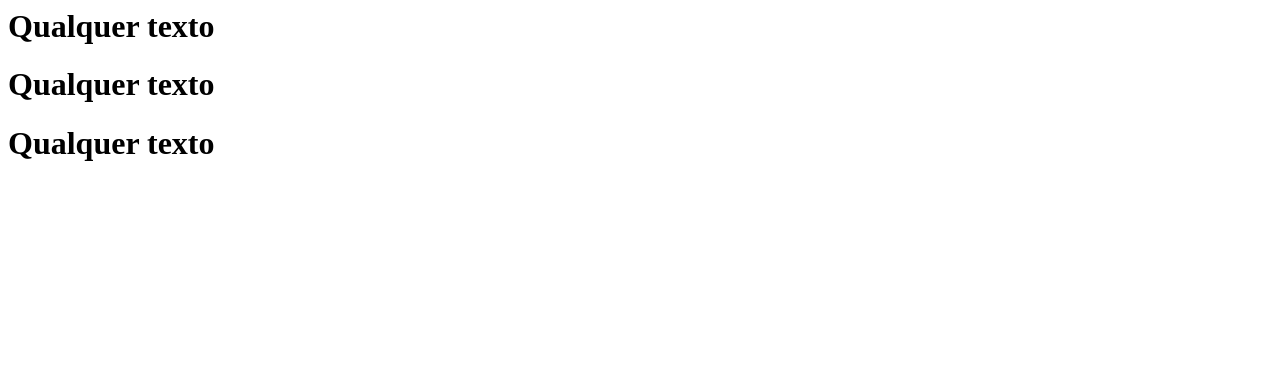
Repository: geracao-11/aula01
Page: index.html
These files come from the project's save history. The page is drawn as it stood at one moment and after the next save; the edit follows.
The browser window is 1280 px wide. The pictures show the whole page.

Above is the page before, as saved 2025-04-02 08:51:12.

### index.html
<h1>Qualquer texto</h1>
<h1>Qualquer texto</h1>
<h1>Qualquer texto</h1>

After the next save:
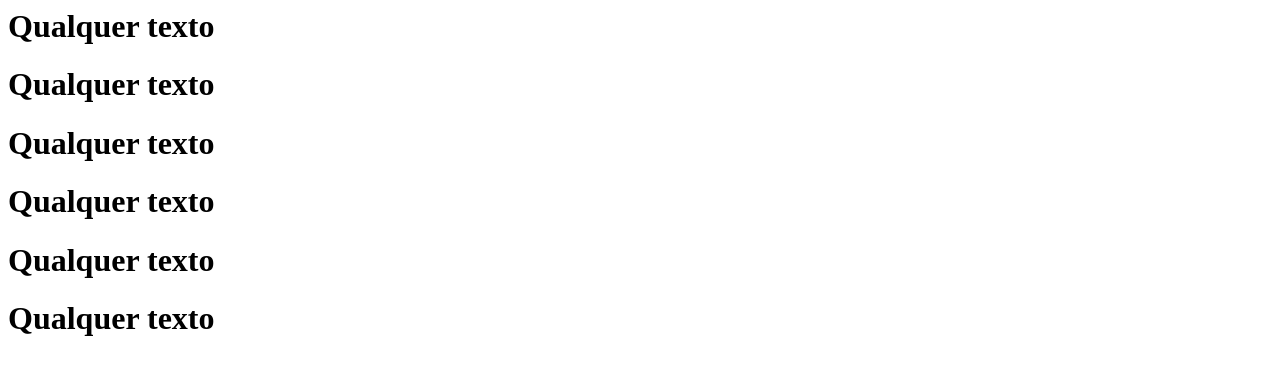
Saved 15 s later.
--- a/index.html
+++ b/index.html
@@ -1,3 +1,6 @@
 <h1>Qualquer texto</h1>
 <h1>Qualquer texto</h1>
 <h1>Qualquer texto</h1>
+<h1>Qualquer texto</h1>
+<h1>Qualquer texto</h1>
+<h1>Qualquer texto</h1>
